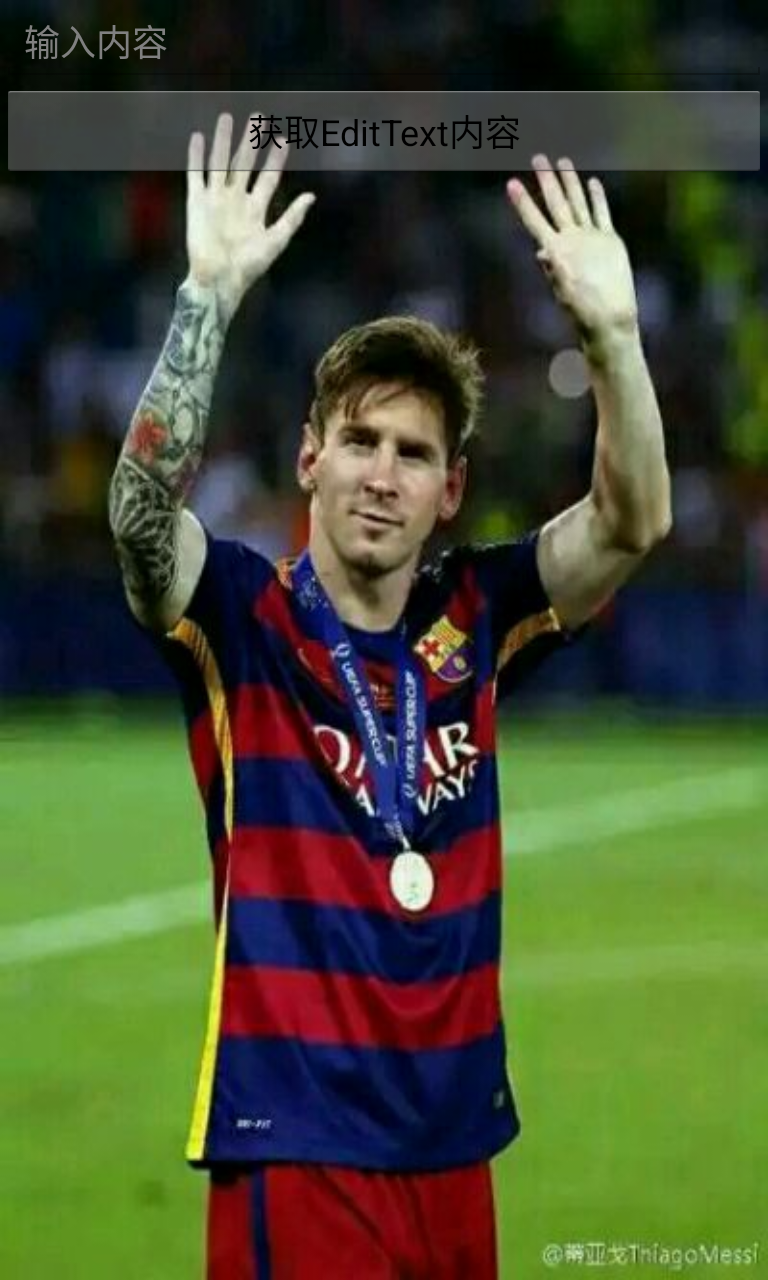
Repository: liujianpc/AndroidStudy
Layout: TestUI/res/layout/activity_main.xml
These files come from the project's save history. The layout is drawn as it stood at one moment and after the next save; the edit follows.
It is drawn on a 768 x 1280 px phone screen (xhdpi) without system bars, with theme AppTheme; the app's code is not run.

Above is the layout before, as saved 2016-07-11 08:40:38.

### TestUI/res/layout/activity_main.xml
<?xml version="1.0" encoding="utf-8"?>
<LinearLayout xmlns:android="http://schemas.android.com/apk/res/android"
    android:id="@+id/linearLayout"
    android:layout_width="match_parent"
    android:layout_height="match_parent"
    android:orientation="vertical"
    android:background="@drawable/messi"
    >

    <EditText
        android:id="@+id/edit_text"
        android:layout_width="match_parent"
        android:layout_height="wrap_content"
        android:hint="@string/hint"
        />
	<Button
	    android:id="@+id/button_1"
	    android:layout_width="match_parent"
	    android:layout_height="wrap_content"
	    android:text="@string/button_1"
	    />

</LinearLayout>

### TestUI/res/values/strings.xml
<?xml version="1.0" encoding="utf-8"?>
<resources>

    <string name="app_name">TestUI</string>
    <string name="hello_world">Hello world!</string>
    <string name="action_settings">Settings</string>
    <string name="hint">输入内容</string>
    <string name="button_1">获取EditText内容</string>
    <string name="action_exit">退出</string>
    <string name="action_start">开始</string>
    <string name="title_activity_second">SecondActivity</string>

</resources>

Loaded but not shown: TestUI/res/values/styles.xml (common file); TestUI/res/values-v11/styles.xml (common file); TestUI/res/values-v14/styles.xml (common file)

After the next save:
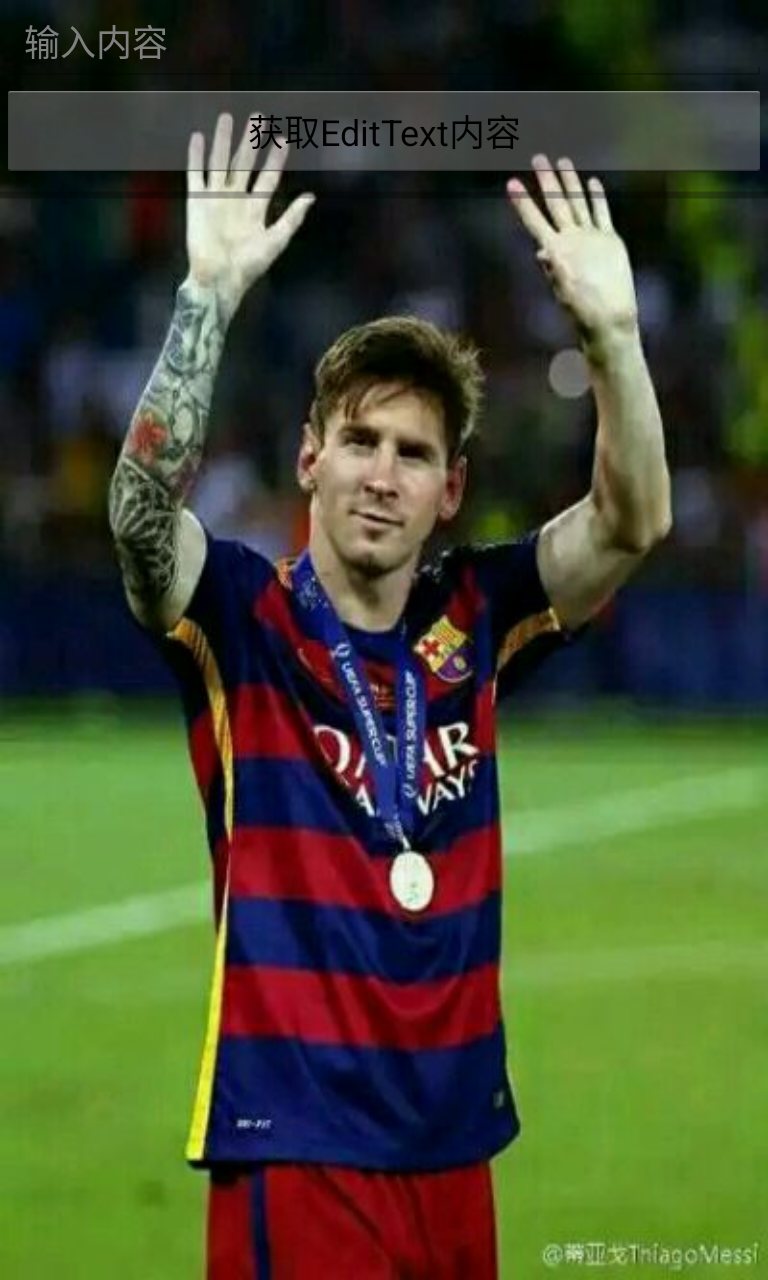
Saved 4 min 40 s later.
--- a/TestUI/res/layout/activity_main.xml
+++ b/TestUI/res/layout/activity_main.xml
@@ -19,5 +19,11 @@
 	    android:layout_height="wrap_content"
 	    android:text="@string/button_1"
 	    />
+	<ProgressBar
+	    android:id="@+id/HprogressBar"
+	    android:layout_width="match_parent"
+	    android:layout_height="wrap_content"
+	    style="?android:attr/progressBarStyleHorizontal"
+	    />
 
 </LinearLayout>
